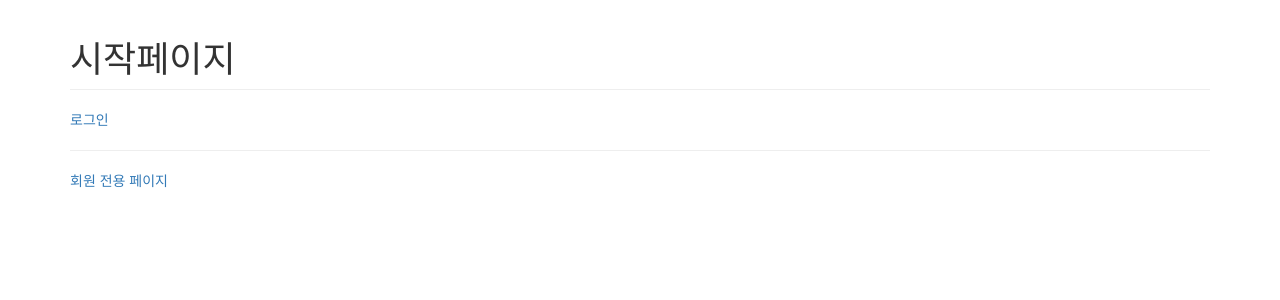
Repository: kimgyuseok/Server
Page: http://localhost/JSPTest/atuh/index.jsp
These files come from the project's save history. The page is drawn as it stood at one moment and after the next save; the edit follows.
The browser window is 1280 px wide. The pictures show the whole page.
The page is served by Tomcat 9.

Above is the page before, as saved 2022-01-11 01:25:24.

After the next save:
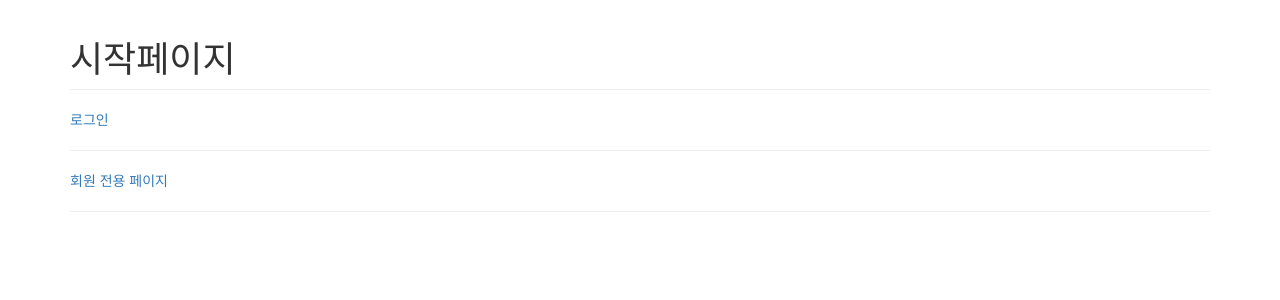
Saved 119 s later.
--- a/JSPTest/src/main/webapp/atuh/index.jsp
+++ b/JSPTest/src/main/webapp/atuh/index.jsp
@@ -38,6 +38,11 @@
 		<a href="#!" onclick="alert('회원 전용입니다. 로그인하세요.');
 		location.href='login.jsp';">회원 전용 페이지</a>
 		<%} %>
+
+		<hr>
+		<% if(session.getAttribute("id")!=null && session.getAttribute("lv").toString().equals("1")){ %>
+		<a href="admin.jsp">관리자 전용 페이지</a>
+		<%} %>
 	</div>
 <script>
 
